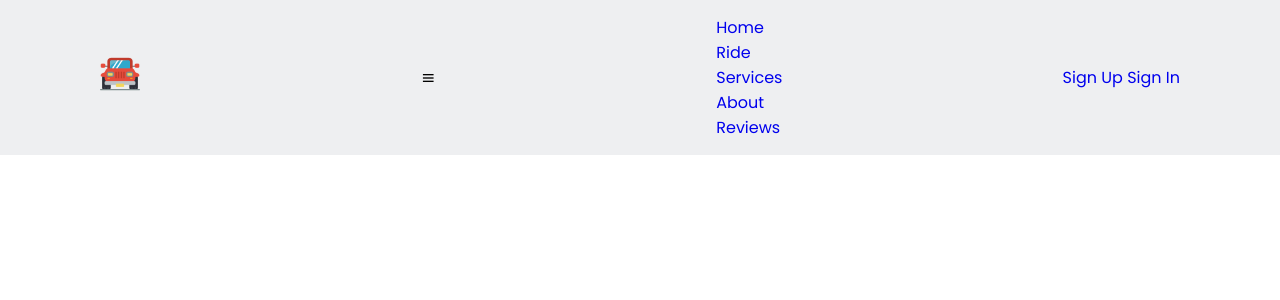
Repository: douglasabnovato/car-rental
Page: index.html
An editor plug-in stored every save of this project. The page is shown before and after the next save, followed by the edit.
The browser window is 1280 px wide. The pictures show the whole page.

Above is the page before, as saved 2025-05-16 10:31:17.

After the next save:
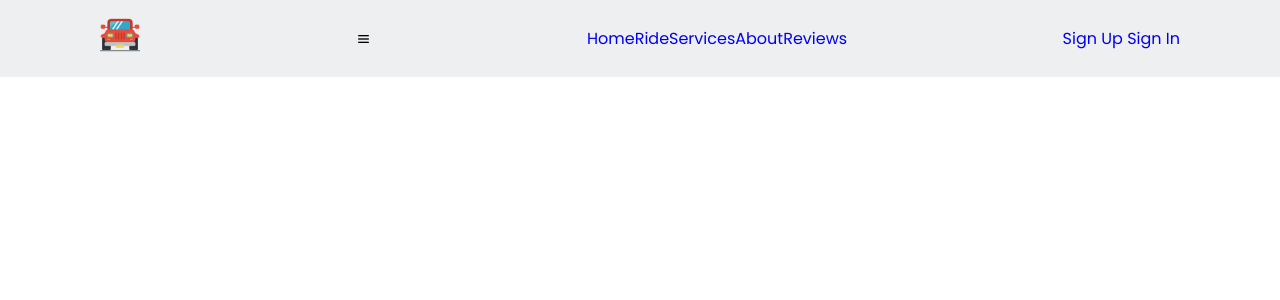
Saved 72 s later.
--- a/style.css
+++ b/style.css
@@ -12,42 +12,53 @@
 }
 
 :root {
-    --main-color: #fe5b3d;
-    --second-color: #ffac38;
-    --text-color: #444;
-    --gradient: linear-gradient(#fe5b3d, #ffac38);
+  --main-color: #fe5b3d;
+  --second-color: #ffac38;
+  --text-color: #444;
+  --gradient: linear-gradient(#fe5b3d, #ffac38);
 }
 
-html::-webkit-scrollbar{
-    width: 0.5rem;
+html::-webkit-scrollbar {
+  width: 0.5rem;
 }
 
-html::-webkit-scrollbar-track{
-    background: transparent;
+html::-webkit-scrollbar-track {
+  background: transparent;
 }
 
-html::-webkit-scrollbar-thumb{
-    background: var(--main-color);
-    border-radius: 5rem;
+html::-webkit-scrollbar-thumb {
+  background: var(--main-color);
+  border-radius: 5rem;
 }
 
 section {
-    padding: 50px 100px;
+  padding: 50px 100px;
 }
 
 header {
-    position: fixed;
-    width: 100%;
-    top: 0;
-    right: 0;
-    z-index: 1000;
-    display: flex;
-    align-items: center;
-    justify-content: space-between;
-    background: #eeeff1;
-    padding: 15px 100px;
+  position: fixed;
+  width: 100%;
+  top: 0;
+  right: 0;
+  z-index: 1000;
+  display: flex;
+  align-items: center;
+  justify-content: space-between;
+  background: #eeeff1;
+  padding: 15px 100px;
 }
 
 .logo img {
-    width: 40px;
+  width: 40px;
 }
+
+.navbar {
+  display: flex;
+}
+
+.navbar li {
+  position: relative;
+}
+
+.navbar a {
+}
